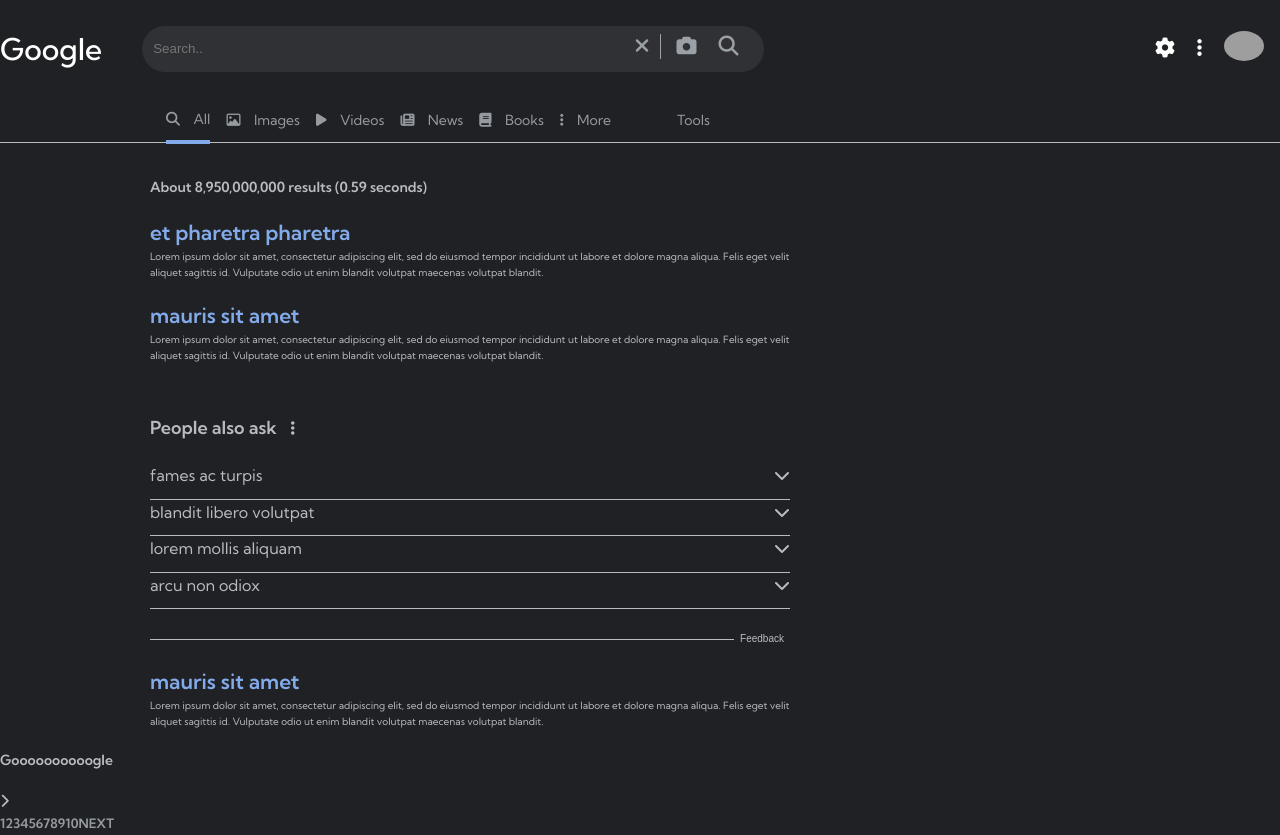
Repository: Sc-Juju/Google-clone
Page: index.html
The author's editor kept a copy of each file at every save. The page is drawn from the files as they stood at one save, then again after the next save.
The browser window is 1280 px wide. The pictures show the whole page.
Pictures or frames that could not be fetched are drawn as grey boxes. Some web libraries are served in a nearby version.

Above is the page before, as saved 2022-11-28 18:35:38.

After the next save:
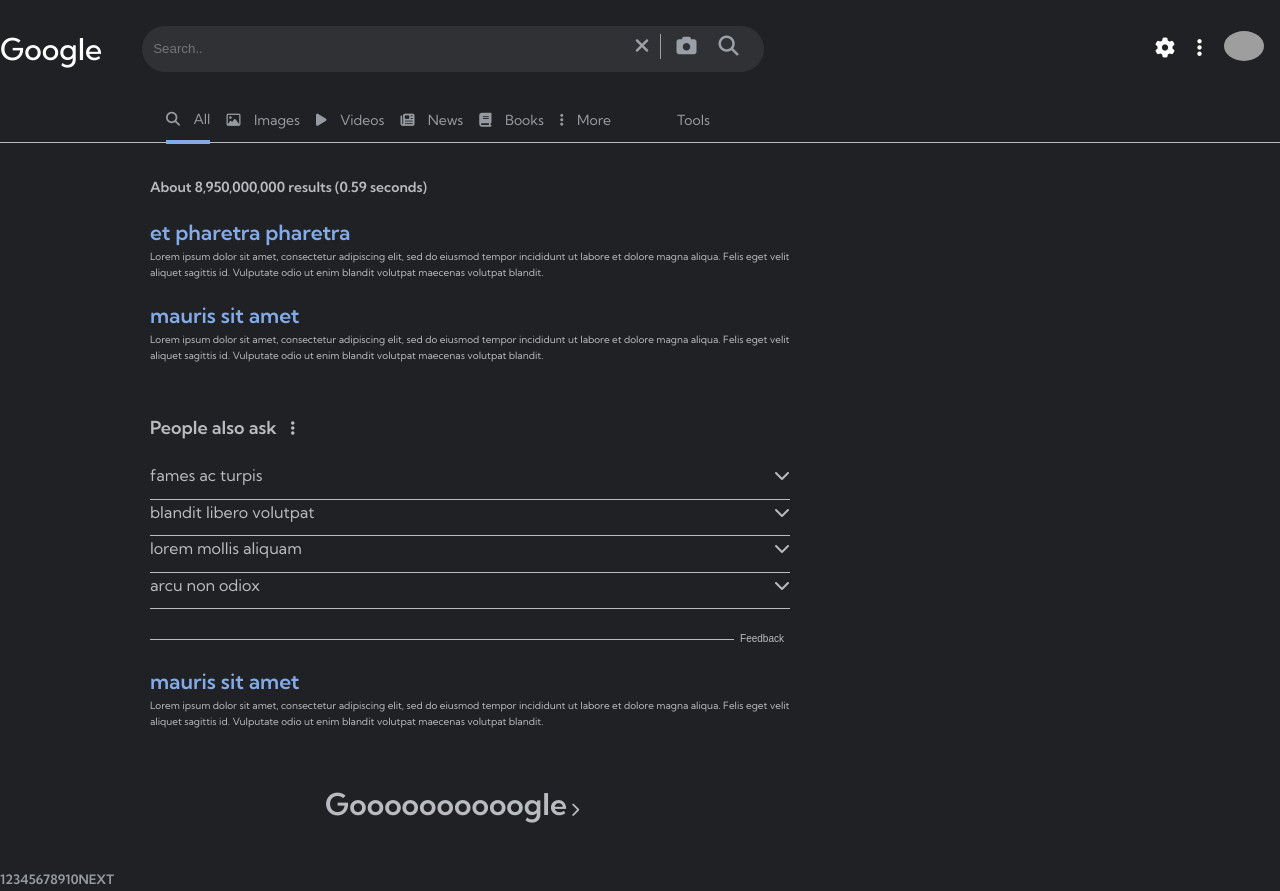
Saved 34 s later.
--- a/css/main.css
+++ b/css/main.css
@@ -186,7 +186,7 @@
     align-items: center;
 }
 
-.footer-nav h4{
+.footer-top h4{
     display: inline-block;
     margin-left: 325px;
     font-size: var(--size-30);
